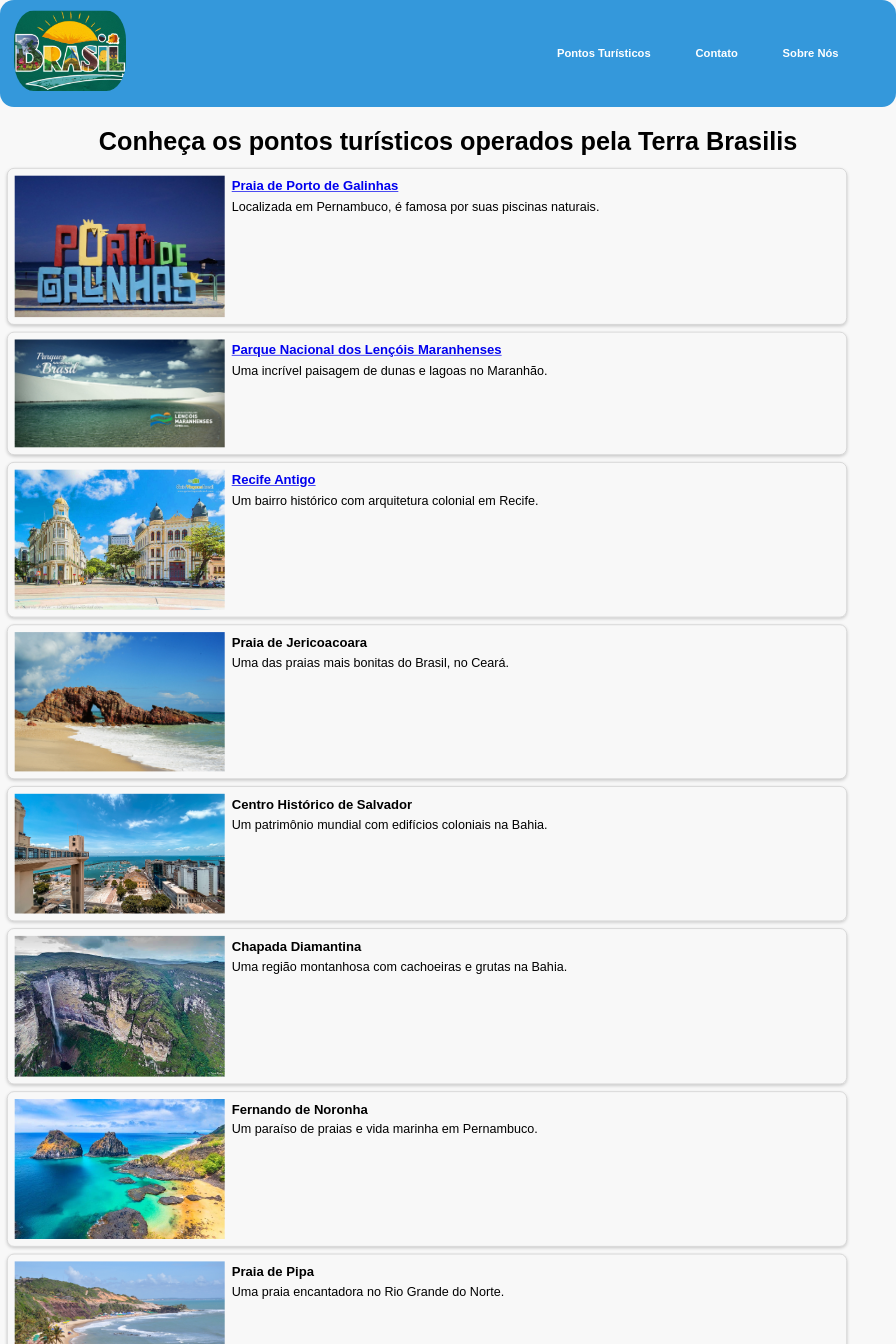
Repository: rodrigototy/ETE-PE
Page: tourism-agency/pages/pontos_turisticos.html
An editor plug-in stored every save of this project. The page is shown before and after the next save, followed by the edit.
The browser window is 1280 px wide. The pictures show the part of the page from y = 0 to 1920 px (the page is 2580 px tall), at 70% of full size.

Above is the page before, as saved 2024-04-04 22:47:00.

After the next save:
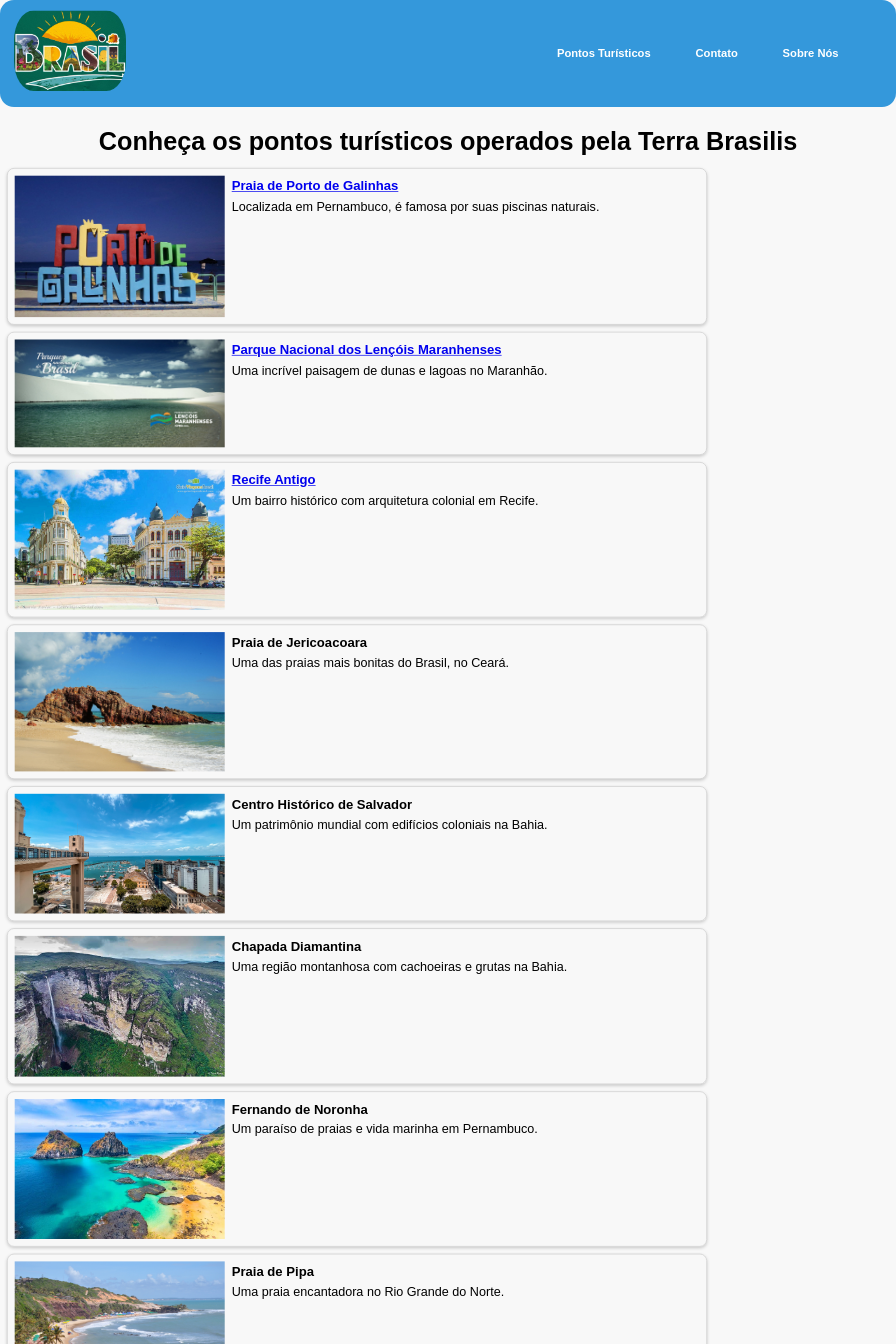
Saved 10 s later.
--- a/tourism-agency/static/css/modules/module-page-cards.css
+++ b/tourism-agency/static/css/modules/module-page-cards.css
@@ -29,7 +29,7 @@ li {
   margin: 10px;
   box-shadow: 0 2px 5px rgba(0, 0, 0, 0.2);
   border-radius: 10px;
-  max-width: 1200px;
+  max-width: 1000px;
 }
 
 .card img {
